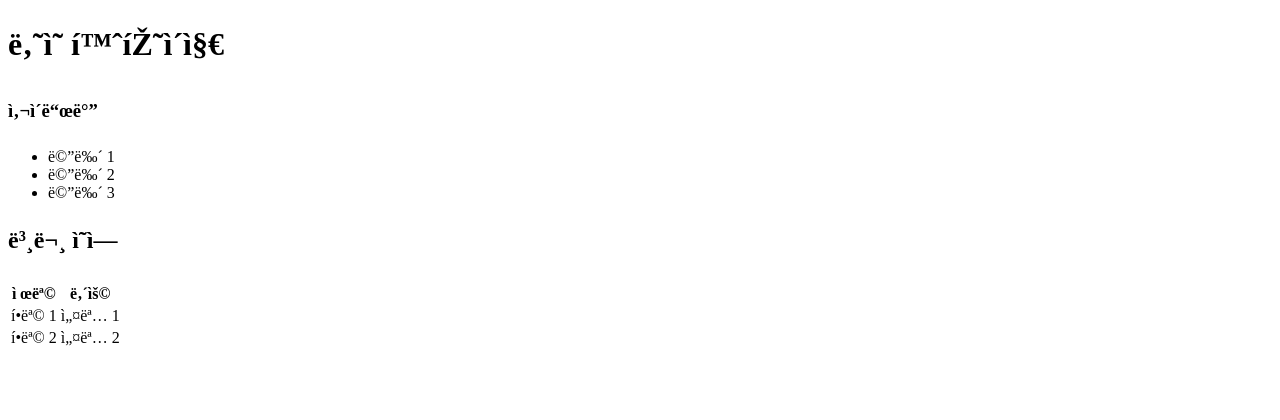
Repository: hanchanwook/MidPJ
Page: http://localhost/project/WEB-INF/views/select_workplaces/select_workplace.jsp
An editor plug-in stored every save of this project. The page is shown before and after the next save, followed by the edit.
The browser window is 1280 px wide. The pictures show the whole page.
The page is served by Tomcat 9. Nobody is signed in. The template is opened directly, without the code that normally fills it, so the values that code supplies are empty.

Above is the page before, as saved 2025-04-15 02:59:50.

After the next save:
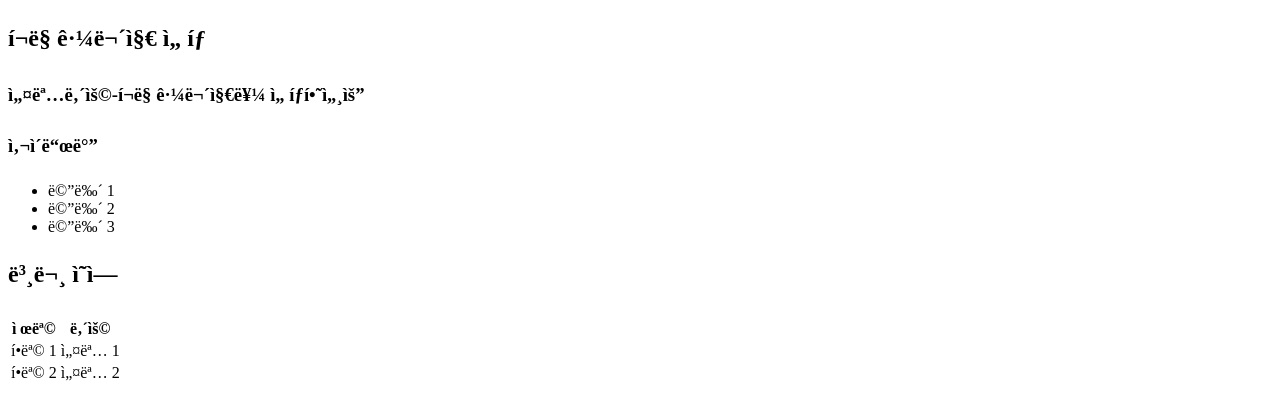
Saved 4 min 43 s later.
--- a/project/src/main/webapp/WEB-INF/views/select_workplaces/select_workplace.jsp
+++ b/project/src/main/webapp/WEB-INF/views/select_workplaces/select_workplace.jsp
@@ -8,7 +8,8 @@
 <body>
 
   <header>
-    <h1>나의 홈페이지</h1>
+    <h2>희망 근무지 선택</h2>
+    <h3>설명내용-희망 근무지를 선택하세요</h3>
   </header>
 
   <div class="container">
@@ -43,6 +44,8 @@
       </table>
     </div>
   </div>
+	<script type="text/javascript">
 
+	</script>
 </body>
 </html>
